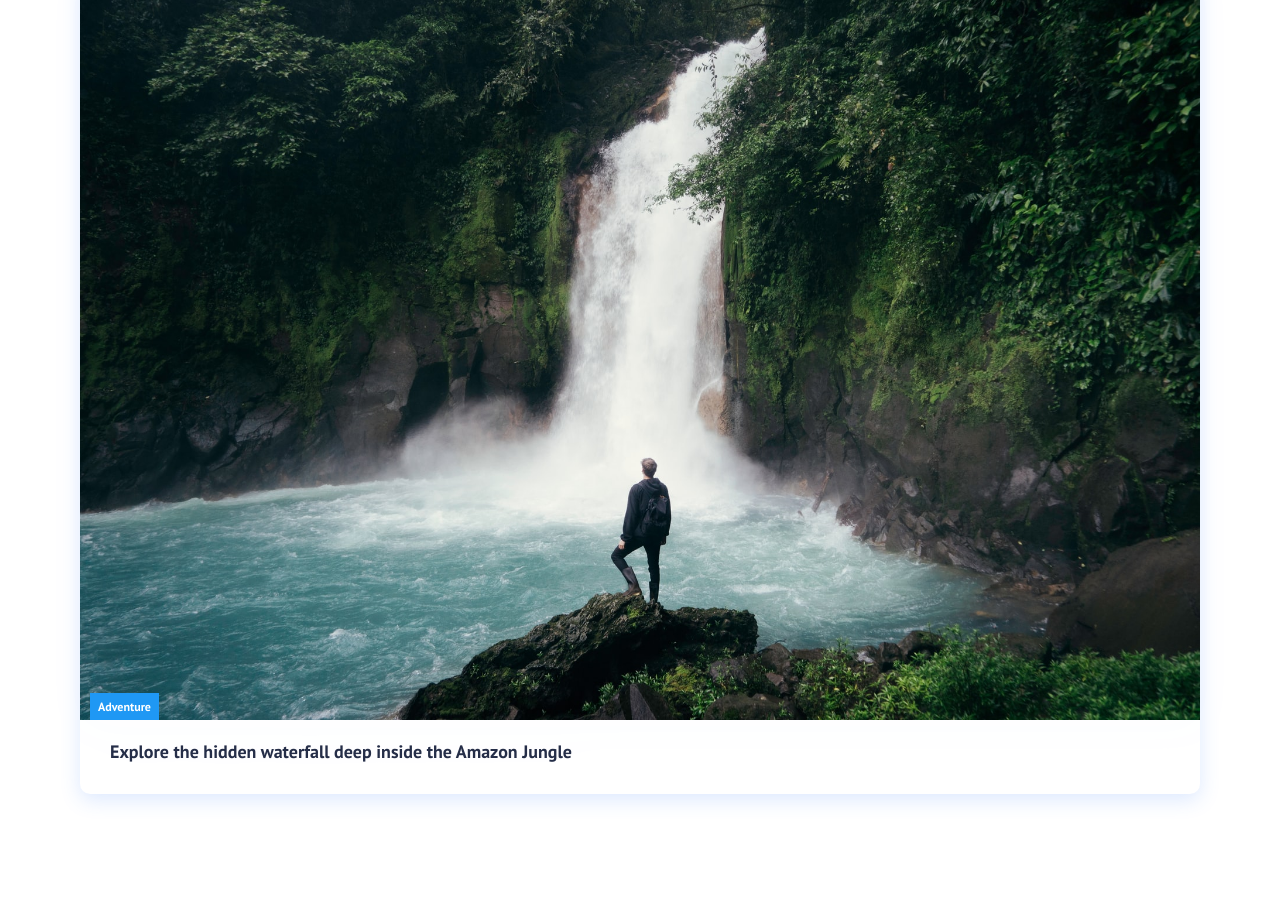
Repository: Yekta-Behzadi/site-with-react
Page: /
These files come from the project's save history. The page is drawn as it stood at one moment and after a run of saves; the edit follows.
The browser window is 1280 px wide. The pictures show the part of the page from y = 614 to 1517 px (the page is 1517 px tall before and 1131 px after).
Some web libraries are served in a nearby version. The project was rebuilt for these pictures with package versions that can differ from the ones it lists, and the page was loaded fresh each time.

Above is the page before, as saved 2020-12-28 14:37:11.

### public/index.html
<!DOCTYPE html>
<html lang="en">
  <head>
    <meta charset="utf-8" />
    <link rel="icon" href="%PUBLIC_URL%/favicon.ico" />
    <meta name="viewport" content="width=device-width, initial-scale=1" />
    <meta name="theme-color" content="#000000" />
    <meta
      name="description"
      content="Web site created using create-react-app"
    />
    <link rel="apple-touch-icon" href="%PUBLIC_URL%/logo192.png" />
    <!--
      manifest.json provides metadata used when your web app is installed on a
      user's mobile device or desktop. See https://developers.google.com/web/fundamentals/web-app-manifest/
    -->
    <link rel="manifest" href="%PUBLIC_URL%/manifest.json" />
    <!--
      Notice the use of %PUBLIC_URL% in the tags above.
      It will be replaced with the URL of the `public` folder during the build.
      Only files inside the `public` folder can be referenced from the HTML.

      Unlike "/favicon.ico" or "favicon.ico", "%PUBLIC_URL%/favicon.ico" will
      work correctly both with client-side routing and a non-root public URL.
      Learn how to configure a non-root public URL by running `npm run build`.
    -->
    <script src="https://kit.fontawesome.com/5deef7d942.js" crossorigin="anonymous"></script>
    <link
    href="https://fonts.googleapis.com/css2?family=PT+Sans:wght@700&display=swap"
    rel="stylesheet"
  />
    <title>React App</title>
  </head>
  <body>
    <noscript>You need to enable JavaScript to run this app.</noscript>
    <div id="root"></div>
    <!--
      This HTML file is a template.
      If you open it directly in the browser, you will see an empty page.

      You can add webfonts, meta tags, or analytics to this file.
      The build step will place the bundled scripts into the <body> tag.

      To begin the development, run `npm start` or `yarn start`.
      To create a production bundle, use `npm run build` or `yarn build`.
    -->
  </body>
</html>

### src/App.js
import React from 'react'
import './App.css';
import Navbar from './components/navbar/Navbar';
import {BrowserRouter as Router, Switch, Route,Redirect} from 'react-router-dom'
import Home from './pages/Home'


function App() {
  return (
    <>
    <Router>
    <Navbar/>
      <Switch>
        <Route path='/' exact component={Home} />

      </Switch>
    </Router>
    </>
  );
}

export default App;

### src/App.css
* {
  box-sizing: border-box;
  margin: 0;
  padding: 0;
  font-family: 'PT Sans', sans-serif;
}

.home,
.services,
.products,
.sign-up {
  display: flex;
  height: 90vh;
  align-items: center;
  justify-content: center;
  font-size: 3rem;
}

.services {
  /* background-image: url('/images/img-2.jpg'); */
  background-position: center;
  background-size: cover;
  background-repeat: no-repeat;
  color: #fff;
  font-size: 100px;
}

.products {
  /* background-image: url('/images/img-1.jpg'); */
  background-position: center;
  background-size: fill;
  background-repeat: no-repeat;
  color: #fff;
  font-size: 100px;
}

.sign-up {
  /* background-image: url('/images/img-8.jpg'); */
  background-position: center;
  background-size: cover;
  background-repeat: no-repeat;
  color: #fff;
  font-size: 100px;
}

### src/components/navbar/Navbar.js
import React,{useState,useEffect} from 'react'
import { Link } from 'react-router-dom'
import { Button } from '../button/Button';
import './Navbar.css'

const Navbar = () => {
const [click, setClick] = useState(false);

const [button, setButton] = useState(true)
const handleClick = ()=> setClick(!click);

const closeMobileMenu = ()=> setClick(false)

const showButton = () =>{
  if (window.innerWidth <= 960) {
    setButton(false)
  }else{
    setButton(true)
  }
}

useEffect(() => {
  showButton()

}, []);

window.addEventListener('resize', showButton);
  return (
    <>
    <nav className="navbar">
      <div className="navbar-container">
        <Link to= '/' className='navbar-logo' onClick={closeMobileMenu} >
          <a>
           LOGO <i class="fab fa-typo3"></i>
            </a>
            </Link>
            <div className="menu-icon" onClick={handleClick} >
              <i className={click ? 'fas fa-times' : 'fas fa-bars'} />
            </div>

            <ul className={click ? 'nav-menu active' : 'nav-menu'} >
              <li className="nav-item">
                <Link to='/'className ='nav-links' onClick={closeMobileMenu} >
                  Home
                </Link>
              </li>
              <li className="nav-item">
                <Link to='/services'className ='nav-links' onClick={closeMobileMenu} >
                  Services
                </Link>
              </li>
              <li className="nav-item">
                <Link to='/products'className ='nav-links' onClick={closeMobileMenu} >
                  Products
                </Link>
              </li>
              <li className="nav-item">
                <Link to='/sign-up'className ='nav-links-mobile' onClick={closeMobileMenu} >
                  Sign Up
                </Link>
              </li>
            </ul>
            {button && <Button buttonStyle='btn--outline' >Sign UP</Button>}
      </div>
    </nav>
    </>
  )
}

export default Navbar

### src/pages/Home.js
import React from 'react'
import '../App.css'
import HeroSection from '../components/HeroSection/HeroSection'
import Cards from '../components/cards/Cards'

const Home = () =>{
  return(
    <>
    <HeroSection/>
    <Cards/>
    </>
  )
}



export default Home

### src/components/button/Button.js
import React from "react";
import "./button.css";
import { Link } from "react-router-dom";

const STYLES = ["btn--perimary", "btn--outline"];
const SIZES = ["btn--medium", "btn--large"];

export const Button = ({
  children,
  type,
  onClick,
  buttonStyle,
  buttonSize,
}) => {
  const checkButtonStyle = STYLES.includes(buttonStyle)
    ? buttonStyle
    : STYLES[0];
  const checkButtonSize = SIZES.includes(buttonSize)
   ? buttonSize
   : SIZES[0];

   return(
     <Link to='/sign-up' className='btn-mobile' >
       <button className={`btn ${checkButtonStyle} ${checkButtonSize}` }
       onClick={onClick}
       type={type} >
         {children}
       </button>
     </Link>
   )
};

### src/components/navbar/Navbar.css
.navbar {
  background: linear-gradient(90deg, rgb(28, 27, 27) 0%, rgb(26, 23, 23) 100%);
  height: 80px;
  display: flex;
  justify-content: center;
  align-items: center;
  font-size: 1.2rem;
  position: sticky;
  top: 0;
  z-index: 999;
}

.navbar-container {
  display: flex;
  justify-content: center;
  align-items: center;
  height: 80px;
  max-width: 1500px;
}

.navbar-logo {
  color: #fff;
  justify-self: start;
  margin-left: 20px;
  cursor: pointer;
  text-decoration: none;
  font-size: 2rem;
  display: flex;
  align-items: center;
}

.fa-typo3 {
  margin-left: 0.5rem;
  font-size: 1.8rem;
}

.nav-menu {
  display: grid;
  grid-template-columns: repeat(4, auto);
  grid-gap: 10px;
  list-style: none;
  text-align: center;
  width: 60vw;
  justify-content: end;
  margin-right: 2rem;
}

.nav-item {
  height: 80px;
}

.nav-links {
  color: #fff;
  display: flex;
  align-items: center;
  text-decoration: none;
  padding: 0.5rem 1rem;
  height: 100%;
}

.nav-links:hover {
  border-bottom: 4px solid #fff;
  transition: all 0.2s ease-out;
}

.fa-bars {
  color: #fff;
}

.nav-links-mobile {
  display: none;
}

.menu-icon {
  display: none;
}

@media screen and (max-width: 960px) {
  .NavbarItems {
    position: relative;
  }

  .nav-menu {
    display: flex;
    flex-direction: column;
    width: 100%;
    height: 90vh;
    position: absolute;
    top: 80px;
    left: -100%;
    opacity: 1;
    transition: all 0.5s ease;
  }

  .nav-menu.active {
    background: #242222;
    left: 0;
    opacity: 1;
    transition: all 0.5s ease;
    z-index: 1;
  }

  .nav-links {
    text-align: center;
    padding: 2rem;
    width: 100%;
    display: table;
  }

  .nav-links:hover {
    background-color: #fff;
    color: #242424;
    border-radius: 0;
  }

  .navbar-logo {
    position: absolute;
    top: 0;
    left: 0;
    transform: translate(25%, 50%);
  }

  .menu-icon {
    display: block;
    position: absolute;
    top: 0;
    right: 0;
    transform: translate(-100%, 60%);
    font-size: 1.8rem;
    cursor: pointer;
  }

  .fa-times {
    color: #fff;
    font-size: 2rem;
  }

  .nav-links-mobile {
    display: block;
    text-align: center;
    margin: 2rem auto;
    border-radius: 4px;
    width: 80%;
    text-decoration: none;
    font-size: 1.5rem;
    background-color: transparent;
    color: #fff;
    padding: 14px 20px;
    border: 1px solid #fff;
    transition: all 0.3s ease-out;
  }

  .nav-links-mobile:hover {
    background: #fff;
    color: #242424;
    transition: 250ms;
  }
}

### src/components/HeroSection/HeroSection.js
import React from 'react'
import { Button } from '../button/Button'
import './HeroSection.css'
import '../../App.css'
const HeroSection = () => {
  return (
    <div className='hero-container' >
      <video src="/videos/video-2.mp4" muted autoPlay loop/>
      <h1>Adventure Await</h1>
      <p>what are you waiting for?</p>

      <div className="hero-btns">
        <Button className = 'btns' buttonStyle = 'btn--outline' buttonSize = 'btn--large'>Get Started</Button>
        <Button className = 'btns' buttonStyle = 'btn--primary' buttonSize = 'btn--large'>Watch Trailer
        <i className='far fa-play-circle' /></Button>
      </div>

    </div>
  )
}

export default HeroSection

### src/components/cards/Cards.js
import React from 'react'
import CardItem from '../cardItem/CardItem'
import './Cards.css'
function Cards() {
  return (
    <div className='cards' >
      <h1> Check out these EPIC Destination!</h1>
      <div className="card__container">
        <div className="cards__wrapper">
          <ul className="cards__items">
            <CardItem
            src='images/img-9.jpg'
            text='Explore the hidden waterfall deep inside the Amazon Jungle'
            label='Adventure'
            path='/services' />
          </ul>
        </div>
      </div>
    </div>
  )
}

export default Cards

### src/components/button/button.css
:root {
  --primary: #fff;
}

.btn{
  padding: 8px 20px;
  border:none;
  outline: none;
  cursor: pointer;
  border-radius: 2px;
}

.btn--primary {
  background-color: var(--primary);
  color: #242424;
  border:1px solid var(--primary)
}

.btn--outline{
  background-color: transparent;
  color: #fff;
  padding: 8px 20px;
  border:1px solid var(--primary);
  transition: all 0.3s ease-out;
}

.btn--medium{
  padding: 8px 20px;
  font-size: 20px;
}

.btn--large{
  padding: 12px 26px;
  font-size: 20px;
}

.btn--medium:hover, .btn--large:hover{
  background-color: #fff;
  transition: all 0.3s ease-out;
  color: #242424;
}

### src/components/HeroSection/HeroSection.css
video{
object-fit: cover;
width: 100%;
height: 100%;
position: fixed;
z-index: -1;
}

.hero-container{
  /* background: url('images/img-home.jpg') center center/cover no-repeat; */
  height: 100 vh;
  width: 100%;
  display: flex;
  flex-direction: column;
  justify-content: center;
  align-items: center;
  box-shadow: inset 0 0 0 1000px rgba(0,0,0,0.2);
  object-fit: contain;
}

.hero-container >h1 {
  color: #fff;
  font-size: 100px;
  /* margin-top: -100px; */
}

.hero-container >p{
  color: #fff;
  margin-top: 8px;
  font-size: 32px;
  font-family: 'Trebuchet MS', 'Lucida Sans Unicode', 'Lucida Grande', 'Lucida Sans', Arial, sans-serif;
}

.hero-btns {
  margin-top: 32px;
}

.hero-btns .btn{
  margin: 10px;
}

.fa-play-circle{
  margin-left: 4px;
}

@media screen and (max-width: 960px){
  .hero-container >h1 {
    font-size: 70px;
    /* margin-top: -150px; */
  }
}

@media screen and (max-width: 760px){
  .hero-container >h1 {
    font-size: 50px;
    /* margin-top: -100px; */
  }
}

.hero-container > p {
  font-size: 30px;
}

.btn-mobile {
  display: block;
  text-decoration: none;
}

.btn{
  width: 100%;
}

### src/components/cardItem/CardItem.js
import React from 'react'
import {Link} from 'react-router-dom'

const CardItem = ({path,src,text,label}) => {
  return (
    <>
    <li className="cards__item">
      <Link className='cards__item__link' to={path} >
        <figure className="cards__item__pic-wrap" data-category={label} >
          <img src={src} alt="Travel Image" className="cards__item__img"/>
        </figure>
        <div className="cards__item__info">
          <h5 className="cards__item__text"> {text} </h5>
        </div>
      </Link>

    </li>
    </>
  )
}

export default CardItem

### src/components/cards/Cards.css
.cards {
  padding: 4rem;
  background: #fff;
}

h1 {
  text-align: center;
}

.cards__container {
  display: flex;
  flex-flow: column;
  align-items: center;
  max-width: 1120px;
  width: 90%;
  margin: 0 auto;
}

.cards__wrapper {
  position: relative;
  margin: 50px 0 45px;
}

.cards__items {
  margin-bottom: 24px;
}

.cards__item {
  display: flex;
  flex: 1;
  margin: 0 1rem;
  border-radius: 10px;
}

.cards__item__link {
  display: flex;
  flex-flow: column;
  width: 100%;
  box-shadow: 0 6px 20px rgba(56, 125, 255, 0.17);
  -webkit-filter: drop-shadow(0 6px 20px rgba(56, 125, 255, 0.017));
  filter: drop-shadow(0 6px 20px rgba(56, 125, 255, 0.017));
  border-radius: 10px;
  overflow: hidden;
  text-decoration: none;
}

.cards__item__pic-wrap {
  position: relative;
  width: 100%;
  padding-top: 67%;
  overflow: hidden;
}

.fade-img {
  animation-name: fade-img;
  animation-duration: 2s;
}

.cards__item__pic-wrap::after {
  content: attr(data-category);
  position: absolute;
  bottom: 0;
  margin-left: 10px;
  padding: 6px 8px;
  max-width: calc((100%) - 60px);
  font-size: 12px;
  font-weight: 700;
  color: #fff;
  background-color: #1f98f4;
  box-sizing: border-box;
}

.cards__item__img {
  position: absolute;
  top: 0;
  right: 0;
  bottom: 0;
  left: 0;
  display: block;
  width: 100%;
  max-width: 100%;
  height: 100%;
  max-height: 100%;
  object-fit: cover;
  transition: all 0.2s linear;
}

.cards__item__img:hover {
  transform: scale(1.1);
}

.cards__item__info {
  padding: 20px 30px 30px;
}

.cards__item__text {
  color: #252e48;
  font-size: 18px;
  line-height: 24px;
}

@media only screen and (min-width: 1200px) {
  .content__blog__container {
    width: 84%;
  }
}

@media only screen and (min-width: 1024px) {
  .cards__items {
    display: flex;
  }
}

@media only screen and (max-width: 1024px) {
  .cards__item {
    margin-bottom: 2rem;
  }
}

Loaded but not shown: src/index.js (common file)

After the next 4 saves:
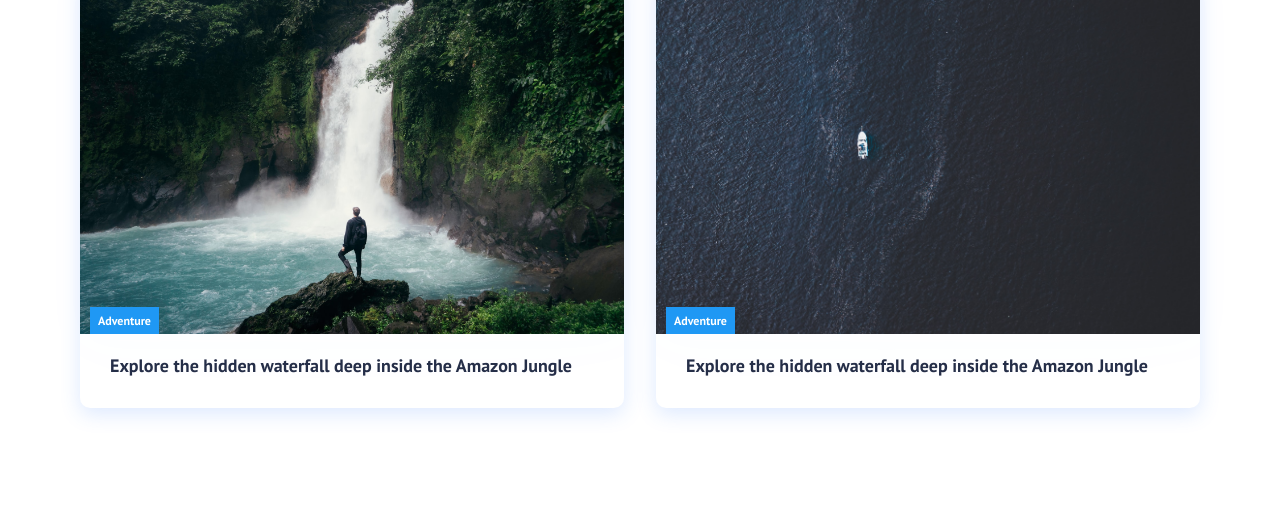
The 4 saves are shown as one change because they came seconds apart.
The last was saved 2 min 55 s later.
--- a/src/components/cards/Cards.js
+++ b/src/components/cards/Cards.js
@@ -13,6 +13,11 @@ function Cards() {
             text='Explore the hidden waterfall deep inside the Amazon Jungle'
             label='Adventure'
             path='/services' />
+            <CardItem
+            src='images/img-3.jpg'
+            text='Explore the hidden waterfall deep inside the Amazon Jungle'
+            label='Adventure'
+            path='/services' />
           </ul>
         </div>
       </div>
